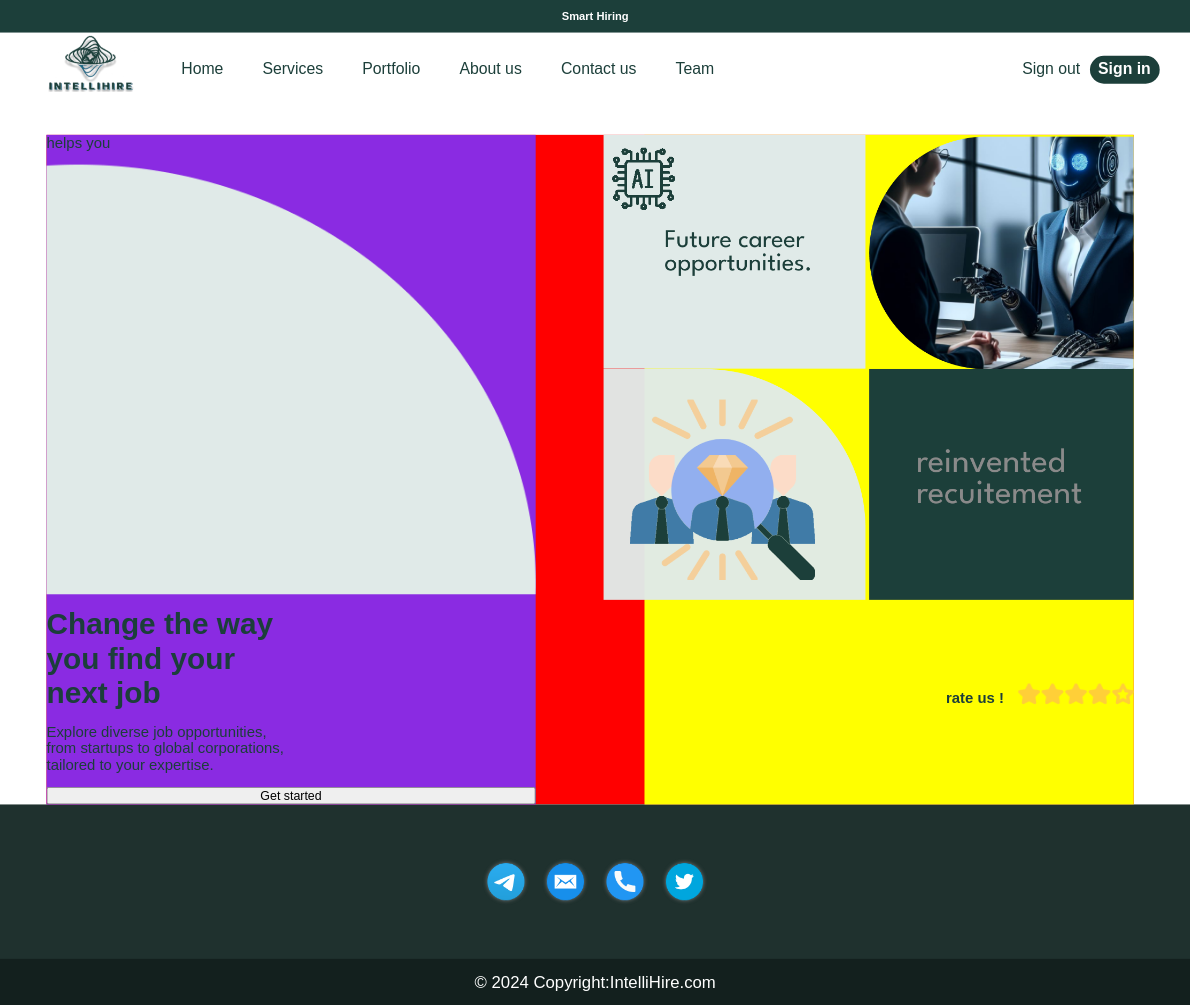
Repository: arijkl/Projet-PFA
Page: HomePage.html
The author's editor kept a copy of each file at every save. The page is drawn from the files as they stood at one save, then again after the next save.
The browser window is 1280 px wide. The pictures show the whole page, at 93% of full size.

Above is the page before, as saved 2024-04-21 22:26:03.

After the next save:
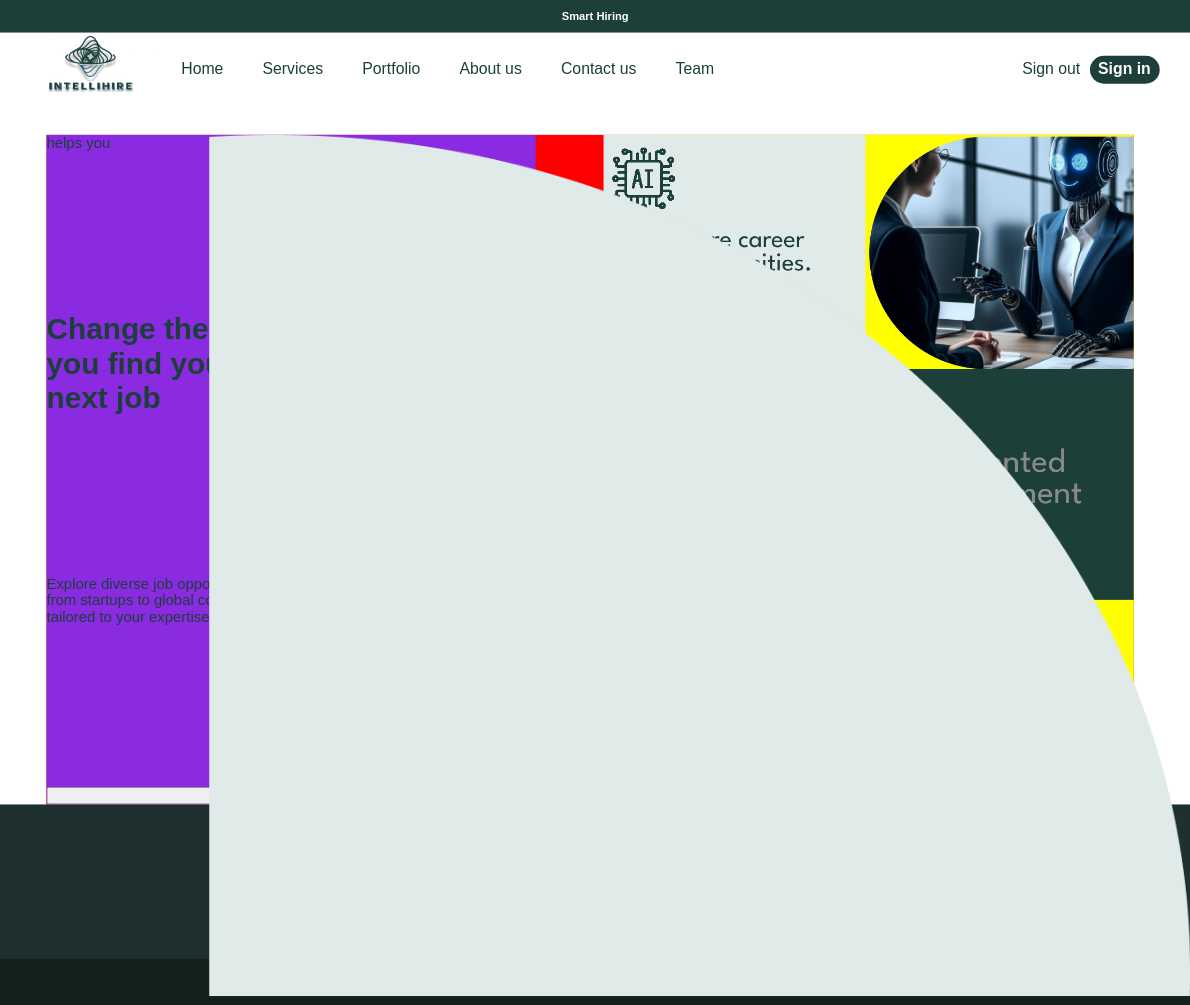
Saved 15 s later.
--- a/HomePage.html
+++ b/HomePage.html
@@ -31,7 +31,7 @@
     <div class="container">
         <div class="left-container">
             <span>helps you</span>
-            <img src="Assets/bg.png" alt="">
+            <img src="Assets/bg.png" alt="" class="img_bg">
             <h1>
                 Change the way <br />
                 you find your <br />
